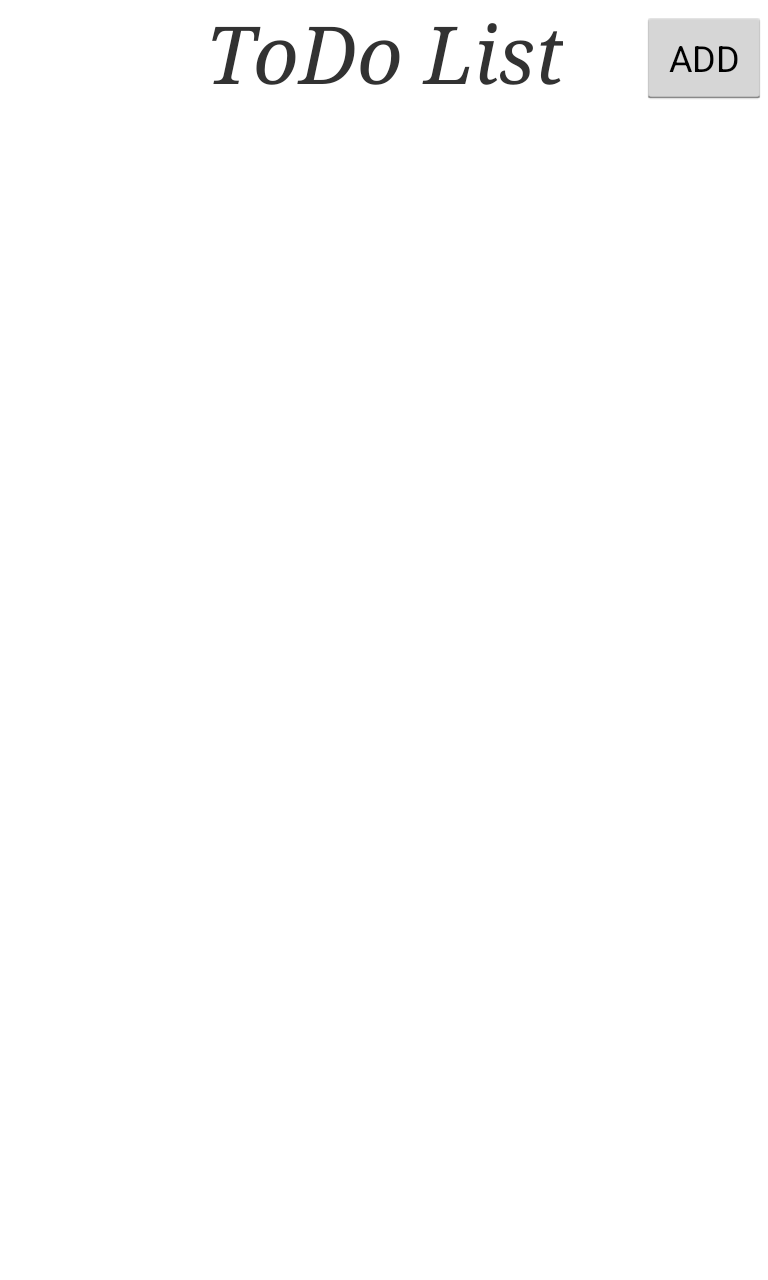
Repository: bvrit-vineeth/android-projects
Layout: TODOListApp/res/layout/activity_main.xml
An editor plug-in stored every save of this project. The layout is shown before and after the next save, followed by the edit.
Pictures or frames that could not be fetched are drawn as grey boxes. It is drawn on a 768 x 1280 px phone screen (xhdpi) without system bars, with theme AppTheme; the app's code is not run. Lists and similar views that code fills are empty.

Above is the layout before, as saved 2013-08-24 14:04:30.

After the next save:
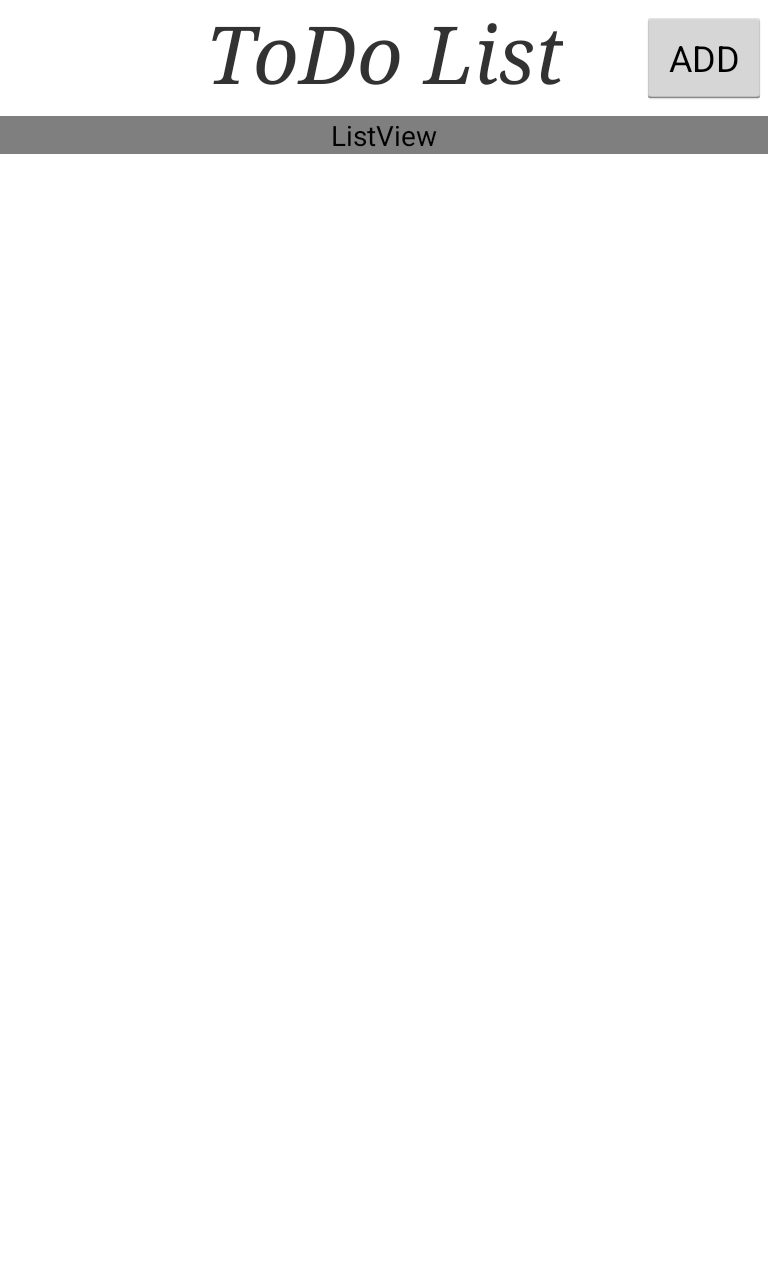
Saved 4 min 0 s later.
--- a/TODOListApp/res/layout/activity_main.xml
+++ b/TODOListApp/res/layout/activity_main.xml
@@ -31,5 +31,6 @@
 <ListView
 	android:id="@+id/ToDoListView"
 	android:layout_width="fill_parent"
-	android:layout_height="wrap_content" />
+	android:layout_height="wrap_content"
+	android:onClick="handleListItemClick" />
 </LinearLayout>

After the save that followed:
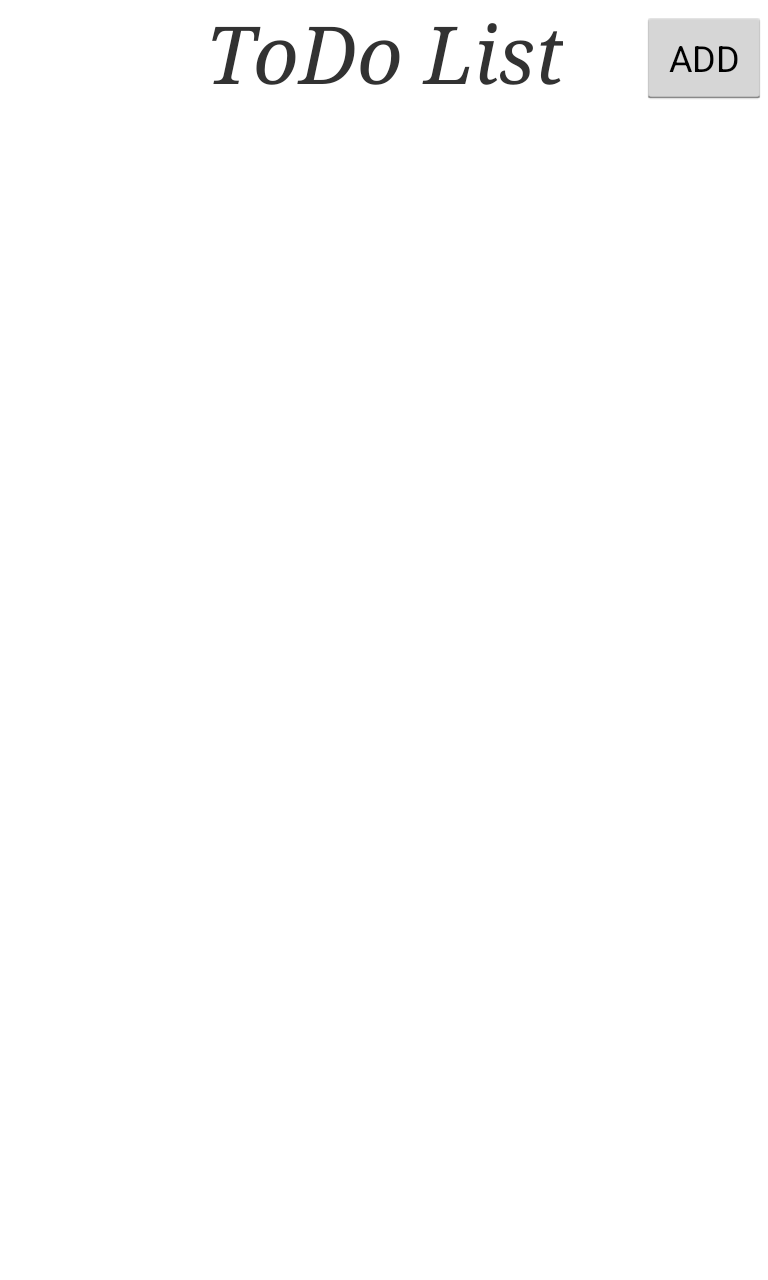
Saved 14 min 41 s later.
--- a/TODOListApp/res/layout/activity_main.xml
+++ b/TODOListApp/res/layout/activity_main.xml
@@ -31,6 +31,5 @@
 <ListView
 	android:id="@+id/ToDoListView"
 	android:layout_width="fill_parent"
-	android:layout_height="wrap_content"
-	android:onClick="handleListItemClick" />
+	android:layout_height="wrap_content" />
 </LinearLayout>
